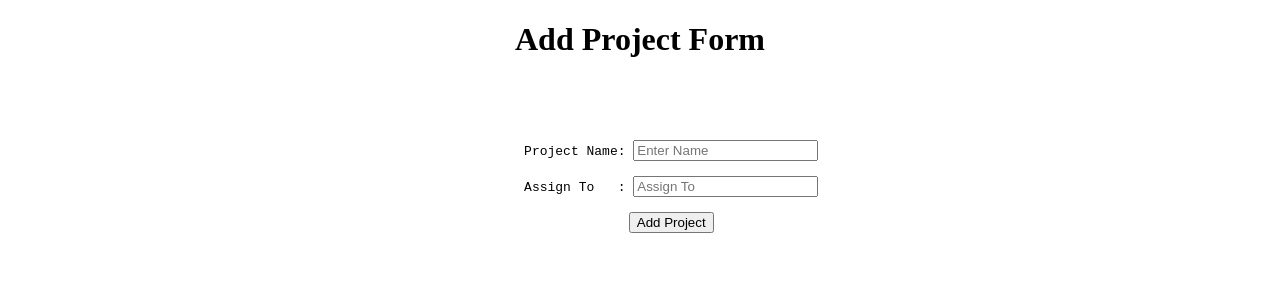
Repository: yashmodi2429/Programs
Page: http://localhost/Employee/addproject.jsp
The author's editor kept a copy of each file at every save. The page is drawn from the files as they stood at one save, then again after the next save.
The browser window is 1280 px wide. The pictures show the whole page.
The page is served by Tomcat 9.

Above is the page before, as saved 2019-02-26 10:45:06.

After the next save:
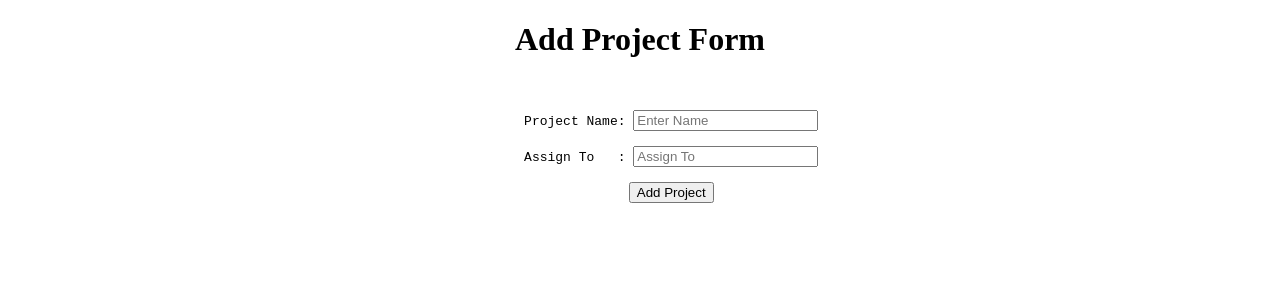
Saved 19 s later.
--- a/Employee/WebContent/addproject.jsp
+++ b/Employee/WebContent/addproject.jsp
@@ -13,8 +13,6 @@
 	<pre>
 <form action ="AddProject" method="post" >
 <div>
-
-	<!-- Project ID  : <input type ="text" name="id" autocomplete="off" placeholder="Enter Id"><br> -->
 	Project Name: <input type="text" name="name" autocomplete="off" placeholder="Enter Name"><br>
 	Assign To   : <input type="text" name="assign_to" autocomplete="off" placeholder="Assign To"><br>
 	<input type ="submit" value="Add Project">
